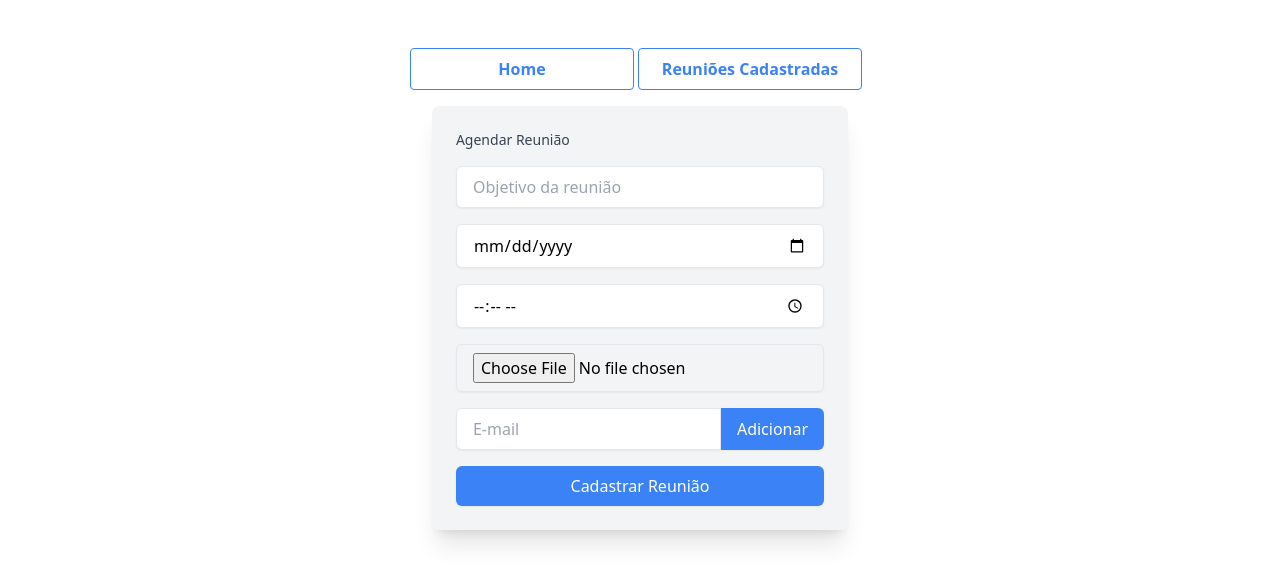
Repository: TamiBeira/meeting
Page: /form
The author's editor kept a copy of each file at every save. The page is drawn from the files as they stood at one save, then again after the next save.
The browser window is 1280 px wide. The pictures show the whole page.
The project was rebuilt for these pictures with package versions that can differ from the ones it lists, and the page was loaded fresh each time. Also part of the build but not shown: vite.config.ts, src/contexts/MeetingsContext.tsx, src/components/MeetingsView.tsx, src/components/HomePage.tsx.

Above is the page before, as saved 2024-02-27 00:06:53.

After the next save:
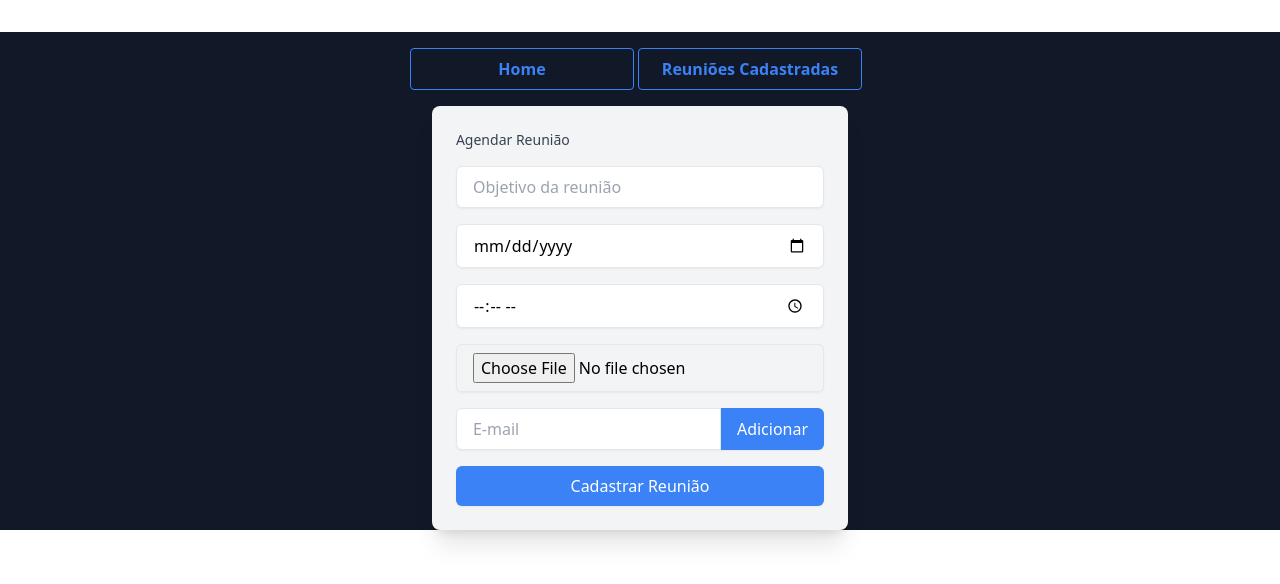
Saved 117 s later.
--- a/src/components/Form.tsx
+++ b/src/components/Form.tsx
@@ -20,7 +20,7 @@ export const Form = () => {
   } = useFormContext();
 
   return (
-    <main className="flex flex-col items-center mt-8">
+    <main className="flex flex-col items-center mt-8  bg-gray-900">
       <div className="mt-4 mb-4">
         <Link to="/" className="w-56 mr-1 inline-block text-center border border-solid border-blue-500 text-blue-500 font-bold px-4 py-2 rounded">Home</Link>
         <Link to="/meetings" className="w-56 inline-block text-center border border-solid border-blue-500 text-blue-500 font-bold mr-2 px-4 py-2 rounded">Reuniões Cadastradas</Link>
